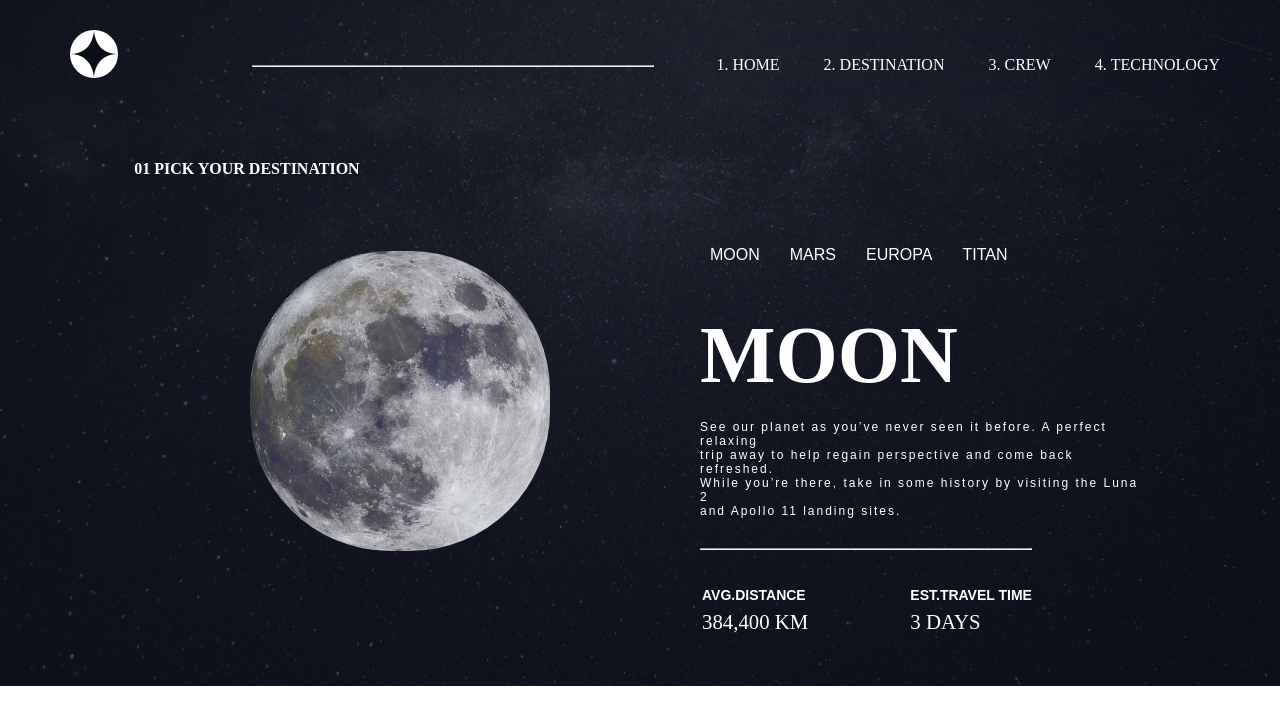
Repository: batonAnton/space_tourism
Page: destination.html
These files come from the project's save history. The page is drawn as it stood at one moment and after the next save; the edit follows.
The browser window is 1280 px wide. The pictures show the whole page.
Some web fonts or font styles are not loaded; a fallback is used.

Above is the page before, as saved 2022-05-20 13:46:06.

After the next save:
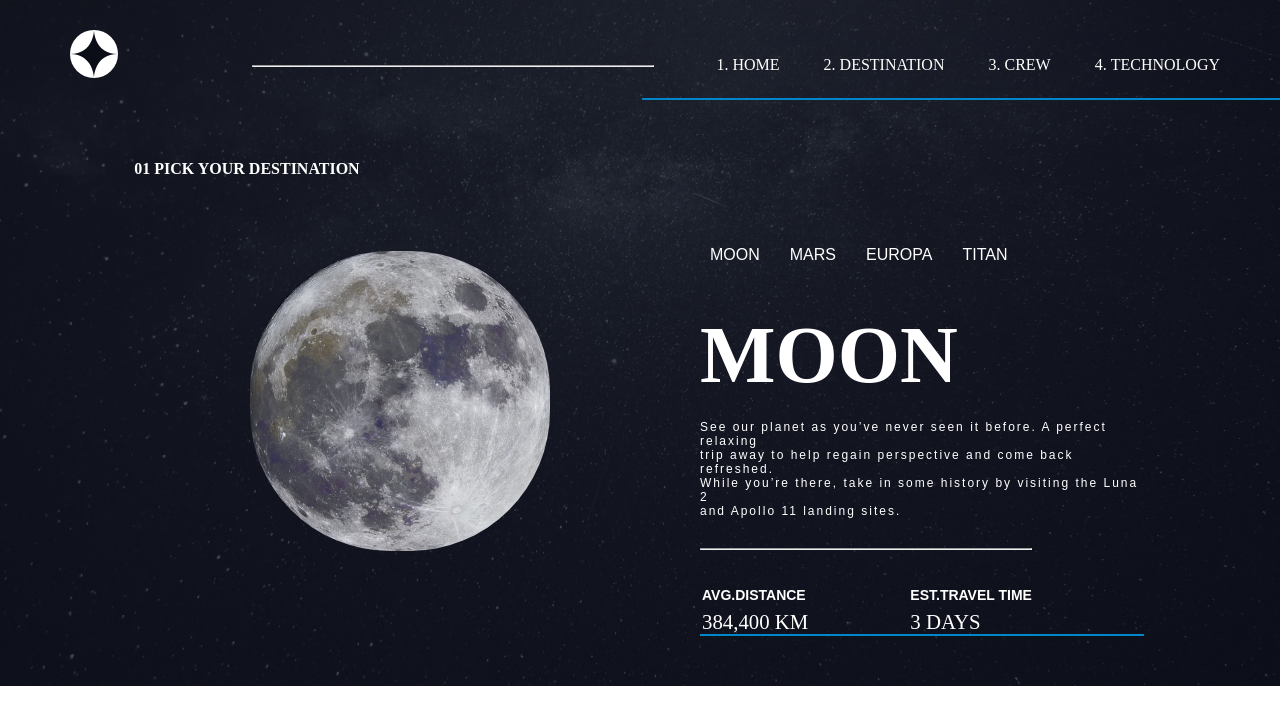
Saved 3 min 51 s later.
--- a/css/style2 .css
+++ b/css/style2 .css
@@ -43,7 +43,7 @@ hr {
   text-decoration: none;
 }
 
-.nav_planet_a_hover:after {
+li:after {
   content: "";
   position: absolute;
   width: 100%;
@@ -55,7 +55,7 @@ hr {
   transform-origin: bottom right;
   transition: transform 0.25s ease-out;
 }
-.nav_planet_a_hover:after {
+li:after {
   transform: scaleX(1);
   transform-origin: bottom left;
 }
